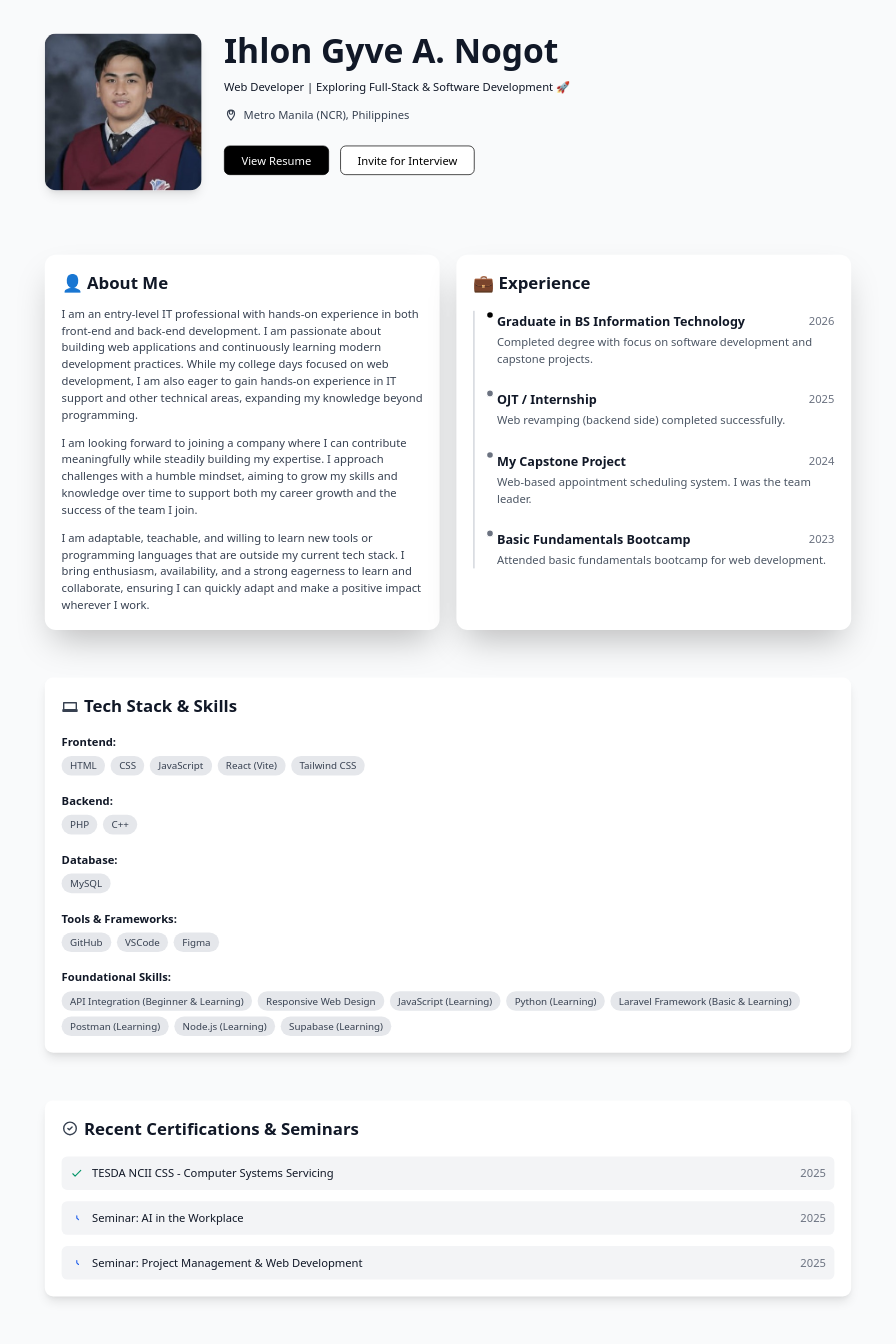
Repository: MeekSharkdev/cv-portfolio
Page: index.html
The author's editor kept a copy of each file at every save. The page is drawn from the files as they stood at one save, then again after the next save.
The browser window is 1280 px wide. The pictures show the part of the page from y = 0 to 1920 px (the page is 2616 px tall), at 70% of full size.
A picture or video elsewhere on the page could not be fetched, so the positions and the page height are approximate.

Above is the page before, as saved 2026-01-31 20:22:23.
Not found: styles.css

After the next save:
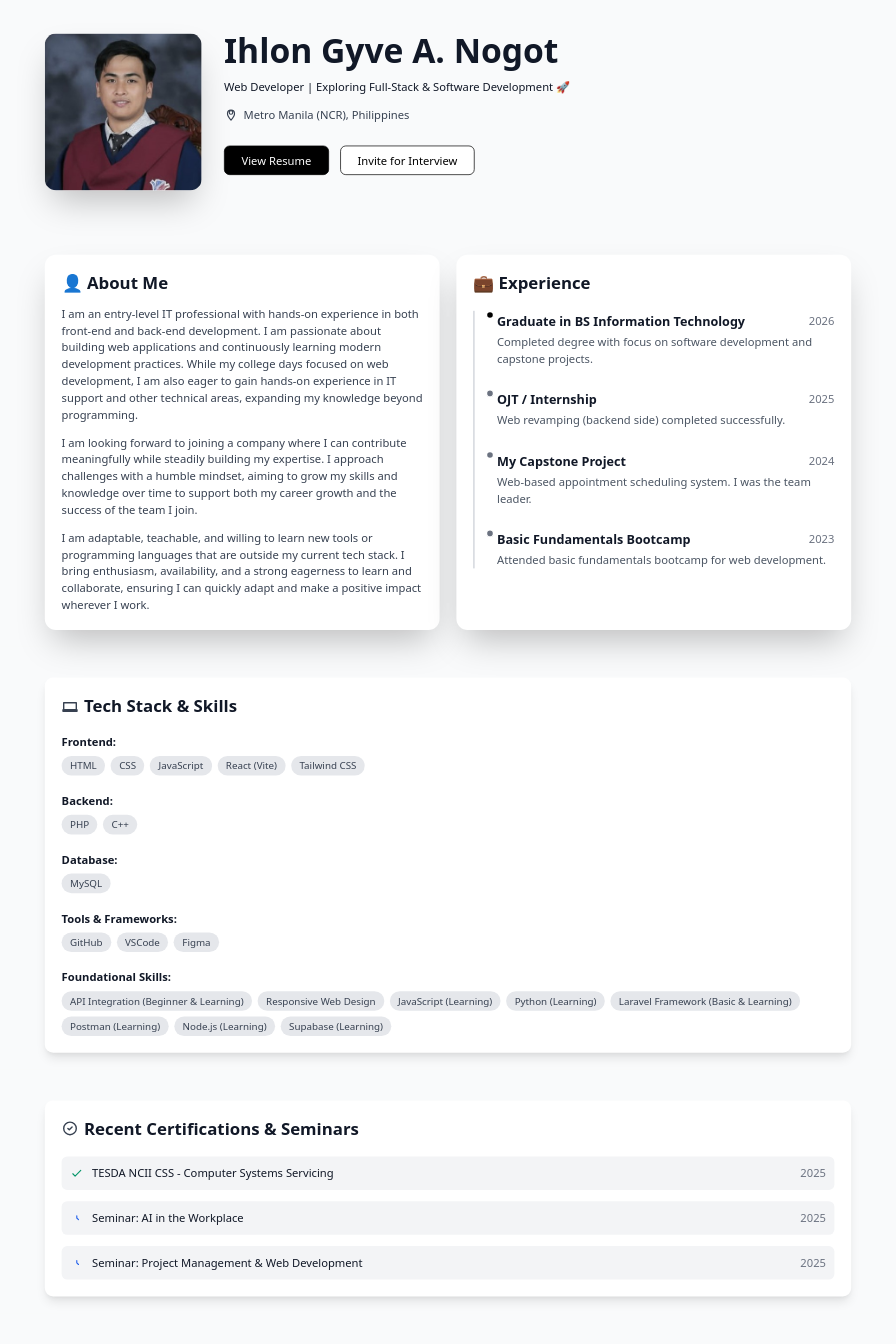
Saved 19 s later.
--- a/index.html
+++ b/index.html
@@ -20,7 +20,7 @@
             <!-- Profile Image -->
             <div class="flex-shrink-0">
                 <img src="./assets/images/Cropted.jpg" alt="Profile Picture"
-                    class="w-48 h-48 md:w-56 md:h-56 object-cover rounded-2xl shadow-lg">
+                    class="w-48 h-48 md:w-56 md:h-56 object-cover rounded-2xl shadow-2xl">
             </div>
 
             <!-- Info Section -->
